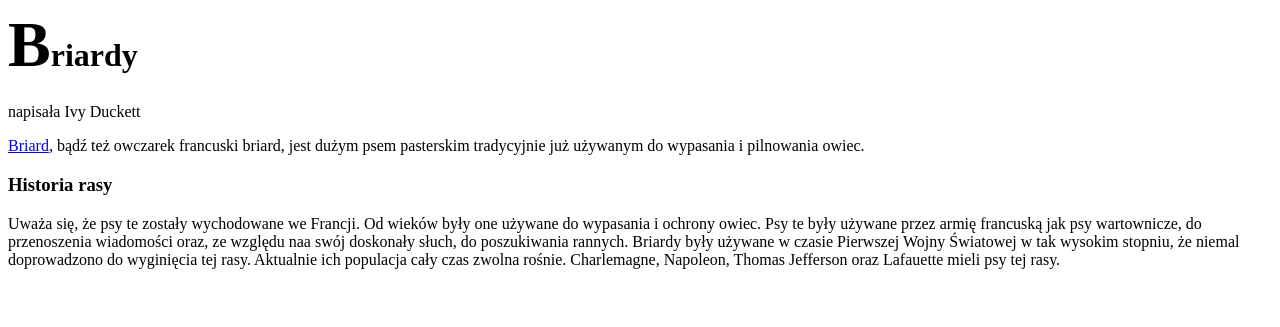
Repository: Lenerystia/HTML
Page: Rozdział 12/Pierwsza_litera/first-letter.html
The author's editor kept a copy of each file at every save. The page is drawn from the files as they stood at one save, then again after the next save.
The browser window is 1280 px wide. The pictures show the whole page.

Above is the page before, as saved 2022-02-02 12:42:07.

### Rozdział 12/Pierwsza_litera/first-letter.html
 <html>
	<head>
		<meta http-equiv="content-type" content="text/html; charset=UTF-8">
			<title>Pierwsza litera</title>
			<link rel="stylesheet" href="style.css">
		</head>
		<body>
			<h1>Briardy</h1>
			<p class="credits">napisała Ivy Duckett</p>
			<p class="intro"><a class="breed" href="http://pl.wikipedia.org/wiki/Briard">Briard</a>, bądź też owczarek francuski briard, jest dużym psem pasterskim tradycyjnie już używanym do wypasania i pilnowania owiec.</p>
			<h3>Historia rasy</h3>
			<p>Uważa się, że psy te zostały wychodowane we Francji. Od wieków były one używane do wypasania i ochrony owiec. Psy te były używane przez armię francuską jak psy wartownicze, do przenoszenia wiadomości oraz, ze względu naa swój doskonały słuch, do poszukiwania rannych. Briardy były używane w czasie Pierwszej Wojny Światowej w tak wysokim stopniu, że niemal doprowadzono do wyginięcia tej rasy. Aktualnie ich populacja cały czas zwolna rośnie. Charlemagne, Napoleon, Thomas Jefferson oraz Lafauette mieli psy tej rasy.</p>
		</body>
</html>

### Rozdział 12/Pierwsza_litera/style.css
h1:first-letter{
    font-size: 200%;
}
h1:first-line{
    font-weight: bold;;
}
p.intro

After the next save:
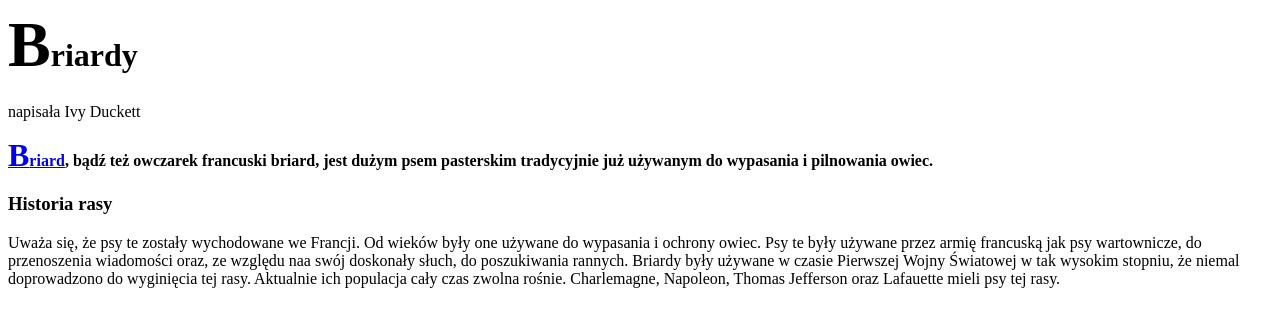
Saved 36 s later.
--- a/Rozdział 12/Pierwsza_litera/style.css
+++ b/Rozdział 12/Pierwsza_litera/style.css
@@ -4,4 +4,9 @@ h1:first-letter{
 h1:first-line{
     font-weight: bold;;
 }
-p.intro
+p.intro:first-letter{
+    font-size: 200%;
+}
+p.intro:first-line{
+    font-weight: bold;
+}
